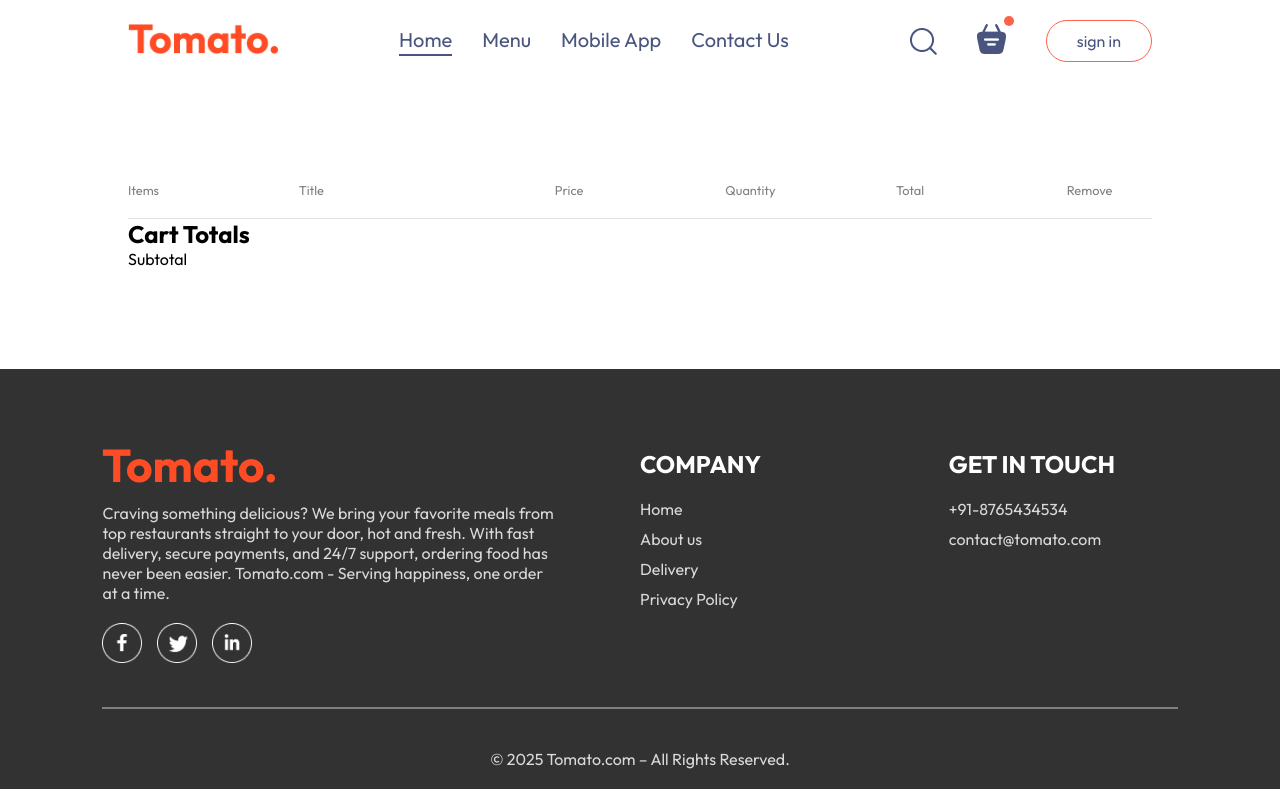
Repository: esakkiraj8104/FOOD_ORDER1
Page: /cart
These files come from the project's save history. The page is drawn as it stood at one moment and after a run of saves; the edit follows.
The browser window is 1280 px wide. The pictures show the whole page.
The project was rebuilt for these pictures with package versions that can differ from the ones it lists, and the page was loaded fresh each time. Also part of the build but not shown: vite.config.js, src/components/Navbar/Header/Haeder.css, src/components/Navbar/Header/Header.jsx, src/components/Navbar/ExploreMenu/ExploreMenu.css, src/components/Navbar/ExploreMenu/ExploreMenu.jsx, src/components/Navbar/FoodDisplay/FoodDisplay.css, src/components/Navbar/FoodItem/FoodItem.css, src/components/Navbar/FoodItem/FoodItem.jsx and 6 more. Imported but missing from the stored project, and not drawn on this page: src/pages/PlaceOrder/PlaceOrder.

Above is the page before, as saved 2025-05-20 18:45:06.

### index.html
<!doctype html>
<html lang="en">
  <head>
    <meta charset="UTF-8" />
    <link rel="icon" type="image/svg+xml" href="/vite.svg" />
    <meta name="viewport" content="width=device-width, initial-scale=1.0" />
    <title>Tomoto food Web</title>
  </head>
  <body>
    <div id="root"></div>
    <script type="module" src="/src/main.jsx"></script>
  </body>
</html>

### src/main.jsx
import React from 'react'
import ReactDOM from 'react-dom/client'
import './index.css'
import App from './App.jsx'
import {BrowserRouter} from 'react-router-dom'
import StoreContextProvider from './Context/StoreContext.jsx'

ReactDOM.createRoot(document.getElementById('root')).render(
  <BrowserRouter>
    <StoreContextProvider>
      <App />
    </StoreContextProvider>

  </BrowserRouter>

)

### src/index.css
@import url('https://fonts.googleapis.com/css2?family=Outfit:wght@100..900&display=swap');

*{
  padding: 0;
  margin: 0;
  box-sizing: border-box;
  font-family: outfit;
  scroll-behavior: smooth;
}
body{
  min-height: 100vh;
}
a{
  text-decoration :none;
  color: inherit;
}
.app{
  width: 80%;
  margin: auto;
}

@keyframes fadeIn {
  0%{
    opacity: 0;
  }
  100%{
    opacity: 1;
  }
}

### src/App.jsx
import React,{ useState } from 'react'
import { Route, Routes } from 'react-router-dom'
import Home from './pages/Home/Home'
import Cart from './pages/Cart/Cart'
import PlaceOrder from './pages/PlaceOrder/PlaceOrder'
import Navbar from './components/Navbar/Navbar/Navbar'
import Footer from './components/Navbar/Footer/Footer'
import LoginPopup from './components/LoginPopup/LoginPopup'

const App = () => {

  const[showLogin,setShowLogin]= useState(false)
  return (

    <>
    {showLogin?<LoginPopup setShowLogin={setShowLogin}/>:<></>}
      <div className='app'>
        <Navbar setShowLogin={setShowLogin}/>
        <Routes >
          <Route path='/' element={<Home />} />
          <Route path='/cart' element={<Cart />} />
          <Route path='/order' element={<PlaceOrder />} />
        </Routes>
      </div>
      <Footer />

    </>


  )
}

export default App

### src/Context/StoreContext.jsx
import { createContext, useEffect, useState } from "react";
import { food_list } from "../assets/assets";

export const StoreContext = createContext(null)

const StoreContextProvider = (props) => {

    const [cartItems,setCartItems]= useState({});

    const addToCart = (itemId) => {
        if (!cartItems[itemId]) {
            setCartItems((prev)=>({...prev,[itemId]:1}))
        }
        else{
            setCartItems((prev)=>({...prev,[itemId]:prev[itemId]+1}))
        }
    }

    const removeFromCart = (itemId) =>{
        setCartItems((prev)=>({...prev,[itemId]:prev[itemId]-1}))
    }

    useEffect(()=>{
        console.log(cartItems);
    },[cartItems])

    const contextValue = {
        food_list,
        cartItems,
        setCartItems,
        addToCart,
        removeFromCart

    }
    return (
        <StoreContext.Provider value={contextValue}>
            {props.children}
        </StoreContext.Provider>
    )
}

export default StoreContextProvider;

### src/pages/Cart/Cart.jsx
import React, { useContext } from 'react'
import './Cart.css'
import { StoreContext } from '../../Context/StoreContext'
const Cart = () => {


  const { cartItems, food_list, removeFromCart } = useContext(StoreContext);
  return (
    <div className='cart'>
      <div className="cart-items">
        <div className="cart-items-title">
          <p>Items</p>
          <p>Title</p>
          <p>Price</p>
          <p>Quantity</p>
          <p>Total</p>
          <p>Remove</p>
        </div>
        <br />
        <hr />
        {food_list.map((item, index) => {
          if (cartItems[item._id] > 0) {
            return (
              <div>
                <div className='cart-items-title cart-items-item'>
                  <img src={item.image} alt="" />
                  <p>{item.name}</p>
                  <p>${item.price}</p>
                  <p>{cartItems[item._id]}</p>
                  <p>${item.price * cartItems[item._id]}</p>
                  <p  onClick={()=>removeFromCart(item._id)} className='cross'>❌</p>
                </div>
                <hr />
              </div>

            )
          }
        })}
      </div>
      <div className="cart-bottom">
        <div className="cart-total">
          <h2>Cart Totals</h2>
          <div>
            <div className="cart-total-details">
              <p>Subtotal</p>
            </div>
            <div className="cart-total-details">

            </div>
            <div className="cart-total-details">

            </div>
          </div>
        </div>
      </div>
    </div>
  )
}

export default Cart

### src/components/Navbar/Navbar/Navbar.jsx
import React, { useState } from 'react'
import './Navbar.css'
import { assets } from '../../../assets/assets'
import { Link } from 'react-router-dom';
const Navbar = ({setShowLogin}) => {

    const [menu,setMenu] = useState("home");
  return (
    <div className='navbar'>
        <Link to='/'><img src={assets.logo} alt="" className="logo" /></Link>
        <ul className="navbar-menu">
        <Link to='/'className={menu === "home" ? "active" : ""} onClick={() => setMenu("home")}>Home</Link>
        <a href='#explore-menu' className={menu === "menu" ? "active" : ""} onClick={() => setMenu("menu")}>Menu</a>
        <a href='#app-download'className={menu === "mobile-app" ? "active" : ""} onClick={() => setMenu("mobile-app")}>Mobile App</a>
        <a href='#footer'className={menu === "contact us" ? "active" : ""} onClick={() => setMenu("contact us")}>Contact Us</a>
        </ul>
        <div className="navbar-right">
            <img src={assets.search_icon} alt="" />
            <div className="navbar-search-icon">
                <Link to='/cart'><img src={assets.basket_icon} alt="" /></Link>
                <div className="dot"></div>
            </div>
            <button onClick={()=>setShowLogin(true)}>sign in</button>
        </div>
    </div>
  )
}

export default Navbar

### src/components/Navbar/Footer/Footer.jsx
import React from 'react'
import './Footer.css'
import { assets } from '../../../assets/assets'

const Footer = () => {
  return (

    <div className='footer' id='footer'>
      <div className="footer-content">
        <div className="footer-content-left">
          <img src={assets.logo} alt="" />
          <p>Craving something delicious? We bring your favorite meals from top restaurants straight to your door, hot and fresh.
            With fast delivery, secure payments, and  24/7 support, ordering food has never been easier.
            Tomato.com - Serving happiness, one order at a time.</p>
          <div className="footer-social-icons">
            <img src={assets.facebook_icon} alt="" />
            <img src={assets.twitter_icon} alt="" />
            <img src={assets.linkedin_icon} alt="" />
          </div>
        </div>
        <div className="footer-content-center">
          <h2>COMPANY</h2>
          <ul>
            <li>Home</li>
            <li>About us</li>
            <li>Delivery</li>
            <li>Privacy Policy</li>
          </ul>
        </div>
        <div className="footer-content-right">
          <h2>GET IN TOUCH</h2>
          <ul>
            <li>+91-8765434534</li>
            <li>contact@tomato.com</li>
          </ul>
        </div>
      </div>
      <hr />
      <p className="footer-copyright">© 2025 Tomato.com – All Rights Reserved.</p>
    </div>
  )
}

export default Footer

### src/assets/assets.js
import basket_icon from './basket_icon.png'
import logo from './logo.png'
import header_img from './header_img.png'
import search_icon from './search_icon.png'
import menu_1 from './menu_1.png'
import menu_2 from './menu_2.png'
import menu_3 from './menu_3.png'
import menu_4 from './menu_4.png'
import menu_5 from './menu_5.png'
import menu_6 from './menu_6.png'
import menu_7 from './menu_7.png'
import menu_8 from './menu_8.png'

import food_1 from './food_1.png'
import food_2 from './food_2.png'
import food_3 from './food_3.png'
import food_4 from './food_4.png'
import food_5 from './food_5.png'
import food_6 from './food_6.png'
import food_7 from './food_7.png'
import food_8 from './food_8.png'
import food_9 from './food_9.png'
import food_10 from './food_10.png'
import food_11 from './food_11.png'
import food_12 from './food_12.png'
import food_13 from './food_13.png'
import food_14 from './food_14.png'
import food_15 from './food_15.png'
import food_16 from './food_16.png'
import food_17 from './food_17.png'
import food_18 from './food_18.png'
import food_19 from './food_19.png'
import food_20 from './food_20.png'
import food_21 from './food_21.png'
import food_22 from './food_22.png'
import food_23 from './food_23.png'
import food_24 from './food_24.png'
import food_25 from './food_25.png'
import food_26 from './food_26.png'
import food_27 from './food_27.png'
import food_28 from './food_28.png'
import food_29 from './food_29.png'
import food_30 from './food_30.png'
import food_31 from './food_31.png'
import food_32 from './food_32.png'

import add_icon_white from './add_icon_white.png'
import add_icon_green from './add_icon_green.png'
import remove_icon_red from './remove_icon_red.png'
import app_store from './app_store.png'
import play_store from './play_store.png'
import linkedin_icon from './linkedin_icon.png'
import facebook_icon from './facebook_icon.png'
import twitter_icon from './twitter_icon.png'
import cross_icon from './cross_icon.png'
import selector_icon from './selector_icon.png'
import rating_starts from './rating_starts.png'
import profile_icon from './profile_icon.png'
import bag_icon from './bag_icon.png'
import logout_icon from './logout_icon.png'
import parcel_icon from './parcel_icon.png'

export const assets = {
    logo,
    basket_icon,
    header_img,
    search_icon,
    rating_starts,
    add_icon_green,
    add_icon_white,
    remove_icon_red,
    app_store,
    play_store,
    linkedin_icon,
    facebook_icon,
    twitter_icon,
    cross_icon,
    selector_icon,
    profile_icon,
    logout_icon,
    bag_icon,
    parcel_icon
}

export const menu_list = [
    {
        menu_name: "Salad",
        menu_image: menu_1
    },
    {
        menu_name: "Rolls",
        menu_image: menu_2
    },
    {
        menu_name: "Deserts",
        menu_image: menu_3
    },
    {
        menu_name: "Sandwich",
        menu_image: menu_4
    },
    {
        menu_name: "Cake",
        menu_image: menu_5
    },
    {
        menu_name: "Pure Veg",
        menu_image: menu_6
    },
    {
        menu_name: "Pasta",
        menu_image: menu_7
    },
    {
        menu_name: "Noodles",
        menu_image: menu_8
    }]

export const food_list = [
    {
        _id: "1",
        name: "Greek salad",
        image: food_1,
        price: 12,
        description: "Food provides essential nutrients for overall health and well-being",
        category: "Salad"
    },
    {
        _id: "2",
        name: "Veg salad",
        image: food_2,
        price: 18,
        description: "Food provides essential nutrients for overall health and well-being",
        category: "Salad"
    }, {
        _id: "3",
        name: "Clover Salad",
        image: food_3,
        price: 16,
        description: "Food provides essential nutrients for overall health and well-being",
        category: "Salad"
    }, {
        _id: "4",
        name: "Chicken Salad",
        image: food_4,
        price: 24,
        description: "Food provides essential nutrients for overall health and well-being",
        category: "Salad"
    }, {
        _id: "5",
        name: "Lasagna Rolls",
        image: food_5,
        price: 14,
        description: "Food provides essential nutrients for overall health and well-being",
        category: "Rolls"
    }, {
        _id: "6",
        name: "Peri Peri Rolls",
        image: food_6,
        price: 12,
        description: "Food provides essential nutrients for overall health and well-being",
        category: "Rolls"
    }, {
        _id: "7",
        name: "Chicken Rolls",
        image: food_7,
        price: 20,
        description: "Food provides essential nutrients for overall health and well-being",
        category: "Rolls"
    }, {
        _id: "8",
        name: "Veg Rolls",
        image: food_8,
        price: 15,
        description: "Food provides essential nutrients for overall health and well-being",
        category: "Rolls"
    }, {
        _id: "9",
        name: "Ripple Ice Cream",
        image: food_9,
        price: 14,
        description: "Food provides essential nutrients for overall health and well-being",
        category: "Deserts"
    }, {
        _id: "10",
        name: "Fruit Ice Cream",
        image: food_10,
        price: 22,
        description: "Food provides essential nutrients for overall health and well-being",
        category: "Deserts"
    }, {
        _id: "11",
        name: "Jar Ice Cream",
        image: food_11,
        price: 10,
        description: "Food provides essential nutrients for overall health and well-being",
        category: "Deserts"
    }, {
        _id: "12",
        name: "Vanilla Ice Cream",
        image: food_12,
        price: 12,
        description: "Food provides essential nutrients for overall health and well-being",
        category: "Deserts"
    },
    {
        _id: "13",
        name: "Chicken Sandwich",
        image: food_13,
        price: 12,
        description: "Food provides essential nutrients for overall health and well-being",
        category: "Sandwich"
    },
    {
        _id: "14",
        name: "Vegan Sandwich",
        image: food_14,
        price: 18,
        description: "Food provides essential nutrients for overall health and well-being",
        category: "Sandwich"
    }, {
        _id: "15",
        name: "Grilled Sandwich",
        image: food_15,
        price: 16,
        description: "Food provides essential nutrients for overall health and well-being",
        category: "Sandwich"
    }, {
        _id: "16",
        name: "Bread Sandwich",
        image: food_16,
        price: 24,
        description: "Food provides essential nutrients for overall health and well-being",
        category: "Sandwich"
    }, {
        _id: "17",
        name: "Cup Cake",
        image: food_17,
        price: 14,
        description: "Food provides essential nutrients for overall health and well-being",
        category: "Cake"
    }, {
        _id: "18",
        name: "Vegan Cake",
        image: food_18,
        price: 12,
        description: "Food provides essential nutrients for overall health and well-being",
        category: "Cake"
    }, {
        _id: "19",
        name: "Butterscotch Cake",
        image: food_19,
        price: 20,
        description: "Food provides essential nutrients for overall health and well-being",
        category: "Cake"
    }, {
        _id: "20",
        name: "Sliced Cake",
        image: food_20,
        price: 15,
        description: "Food provides essential nutrients for overall health and well-being",
        category: "Cake"
    }, {
        _id: "21",
        name: "Garlic Mushroom ",
        image: food_21,
        price: 14,
        description: "Food provides essential nutrients for overall health and well-being",
        category: "Pure Veg"
    }, {
        _id: "22",
        name: "Fried Cauliflower",
        image: food_22,
        price: 22,
        description: "Food provides essential nutrients for overall health and well-being",
        category: "Pure Veg"
    }, {
        _id: "23",
        name: "Mix Veg Pulao",
        image: food_23,
        price: 10,
        description: "Food provides essential nutrients for overall health and well-being",
        category: "Pure Veg"
    }, {
        _id: "24",
        name: "Rice Zucchini",
        image: food_24,
        price: 12,
        description: "Food provides essential nutrients for overall health and well-being",
        category: "Pure Veg"
    },
    {
        _id: "25",
        name: "Cheese Pasta",
        image: food_25,
        price: 12,
        description: "Food provides essential nutrients for overall health and well-being",
        category: "Pasta"
    },
    {
        _id: "26",
        name: "Tomato Pasta",
        image: food_26,
        price: 18,
        description: "Food provides essential nutrients for overall health and well-being",
        category: "Pasta"
    }, {
        _id: "27",
        name: "Creamy Pasta",
        image: food_27,
        price: 16,
        description: "Food provides essential nutrients for overall health and well-being",
        category: "Pasta"
    }, {
        _id: "28",
        name: "Chicken Pasta",
        image: food_28,
        price: 24,
        description: "Food provides essential nutrients for overall health and well-being",
        category: "Pasta"
    }, {
        _id: "29",
        name: "Buttter Noodles",
        image: food_29,
        price: 14,
        description: "Food provides essential nutrients for overall health and well-being",
        category: "Noodles"
    }, {
        _id: "30",
        name: "Veg Noodles",
        image: food_30,
        price: 12,
        description: "Food provides essential nutrients for overall health and well-being",
        category: "Noodles"
    }, {
        _id: "31",
        name: "Somen Noodles",
        image: food_31,
        price: 20,
        description: "Food provides essential nutrients for overall health and well-being",
        category: "Noodles"
    }, {
        _id: "32",
        name: "Cooked Noodles",
        image: food_32,
        price: 15,
        description: "Food provides essential nutrients for overall health and well-being",
        category: "Noodles"
    }
]

### src/pages/Cart/Cart.css
.cart{
    margin-top: 100px;
}
.cart-items-title{
    display: grid;
    grid-template-columns: 1fr 1.5fr 1fr 1fr 1fr 0.5fr;
    align-items: center;
    color: grey;
    font-size: max(1vw,12px);

}
.cart-items-item{
    margin: 10px 0px;
    color: black;
}
.cart-items-item img{
    width: 100px;
}
.cart hr{
    height: 1px;
    background-color: #e2e2e2;
    border: none;
}
.cart-items-item .cross{
    cursor: pointer;
}

### src/components/Navbar/Navbar/Navbar.css
.navbar{
    padding: 20px 0px;
    display: flex;
    justify-content: space-between;
    align-items: center;
}

.navbar .logo{
    width: 150px;
}

.navbar-menu{
    display: flex;
    list-style: none;
    gap: 30px;
    color: #49557e;
    font-size: 20px;
}

.navbar-right{
    display: flex;
    align-items: center;
    gap: 40px;
}

.navbar button{
    background: transparent;
    font-size: 16px;
    color: #49557e;
    border: 1px solid tomato;
    padding: 10px 30px;
    border-radius: 50px;
    cursor: pointer;
    transition: 0.3;
}

.navbar button:hover{
    background-color: #fff4f2;
}

.navbar .active{
    padding-bottom: 2px;
    border-bottom: 2px solid #49557e;
}

.navbar li{
    cursor: pointer;
}

.navbar-search-icon{
    position:relative;
}

.navbar-search-icon .dot{
    position: absolute;
    min-width: 10px;
    min-height: 10px;
    background-color: tomato;
    border-radius: 5px;
    top: -8px;
    right: -8px;
}
@media(max-width:1050px) {
    .navbar .logo{
        width: 140px;
    }
    .navbar-menu{
        gap: 20px;
        font-size: 17px;
    }
    .navbar-right{
        gap: 30px;
    }
    .navbar-right img{
        width: 22px;
    }
    .navbar-right button{
        padding: 8px 25px;
    }
}
@media(max-width:900px) {
    .navbar .logo{
        width: 120px;
    }
    .navbar-menu{
        gap: 15px;
        font-size: 16px;
    }
    .navbar-right{
        gap: 20px;
    }
    .navbar-right img{
        width: 20px;
    }
    .navbar-right button{
        padding: 7px 20px;
        font-size: 15px;
    }
}
@media(max-width:750px) {
    .navbar-menu{
        display: none;
    }
}

### src/components/Navbar/Footer/Footer.css
.footer{
    color: #d9d9d9;
    background: #323232;
    display: flex;
    flex-direction: column;
    align-items: center;
    gap: 20px;
    padding: 20px 8vw;
    padding-top: 80px;
    margin-top: 100px;

}

.footer-content{
    width: 100%;
    display: grid;
    grid-template-columns: 2fr 1fr 1fr;
    gap: 80px;
}
.footer-content-left, .footer-content-right, .footer-content-center{
    display: flex;
    flex-direction: column;
    align-items: start;
    gap: 20px;
}
.footer-content-left li, .footer-content-right li, .footer-content-center li{
    list-style: none;
    margin-bottom: 10px;
    cursor: pointer;
}
.footer-content-right h2, .footer-content-center h2 {
    color: white;
}
.footer-social-icons img{
    width: 40px;
    margin-right: 15px;
}
.footer hr{
    width: 100%;
    height: 2px;
    margin: 20px 0;
    background-color: grey;
    border: none;
}
@media (max-width:750px) {
    .footer-content{
        display: flex;
        flex-direction: column;
        gap: 35px;
    }
    .footer-copyright{
        text-align: center;
    }
}

Loaded but not shown: src/pages/Home/Home.css (no stored copy; drawn as an empty file)

After the next 5 saves:
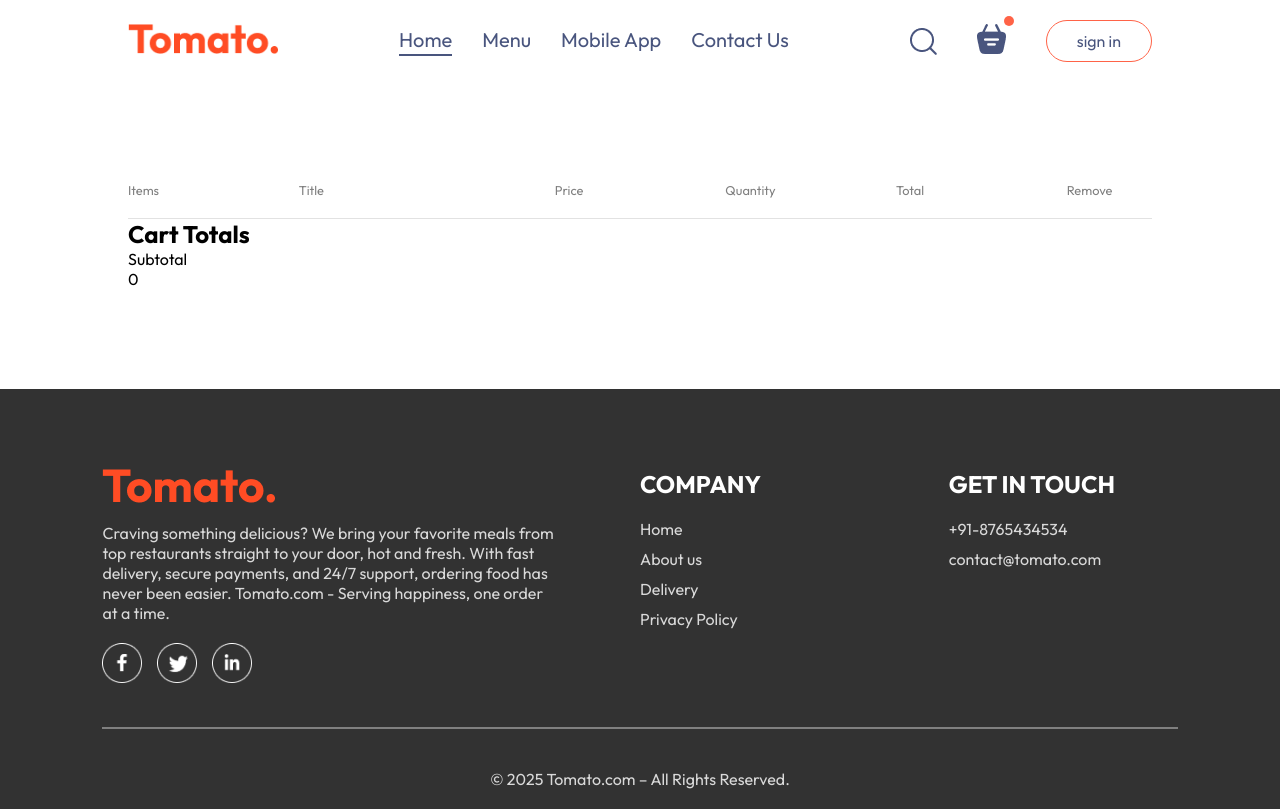
The 5 saves are shown as one change because they came seconds apart.
The last was saved 13 s later.
--- a/src/pages/Cart/Cart.jsx
+++ b/src/pages/Cart/Cart.jsx
@@ -43,6 +43,7 @@ const Cart = () => {
           <div>
             <div className="cart-total-details">
               <p>Subtotal</p>
+              <p>{0}</p>
             </div>
             <div className="cart-total-details">
 
